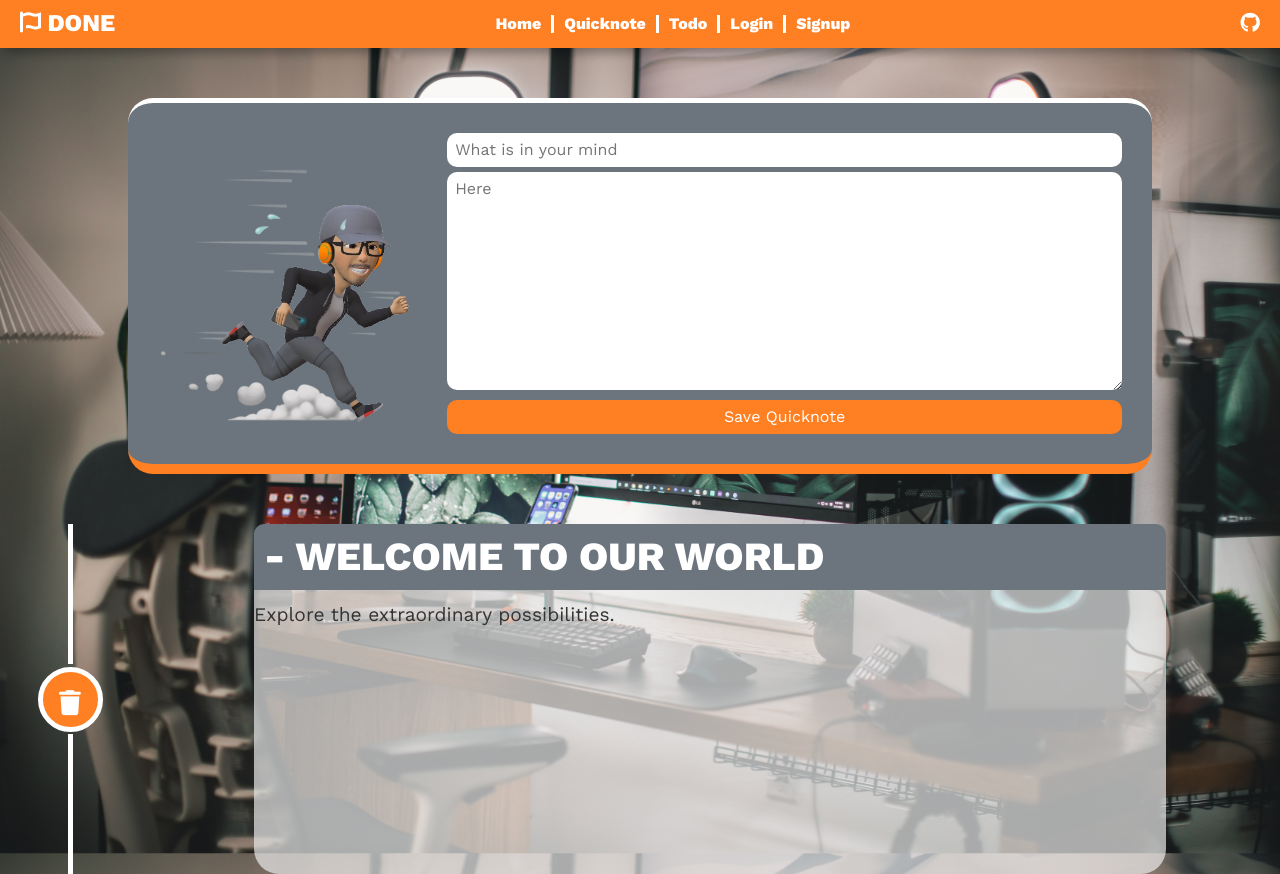
Repository: OmarEssameldinMousa/DONE
Page: quicknote.html
These files come from the project's save history. The page is drawn as it stood at one moment and after the next save; the edit follows.
The browser window is 1280 px wide. The pictures show the whole page.
Backgrounds fixed to the window are drawn as part of the page. Some web fonts or font styles are not loaded; a fallback is used.

Above is the page before, as saved 2023-12-18 02:45:18.

After the next save:
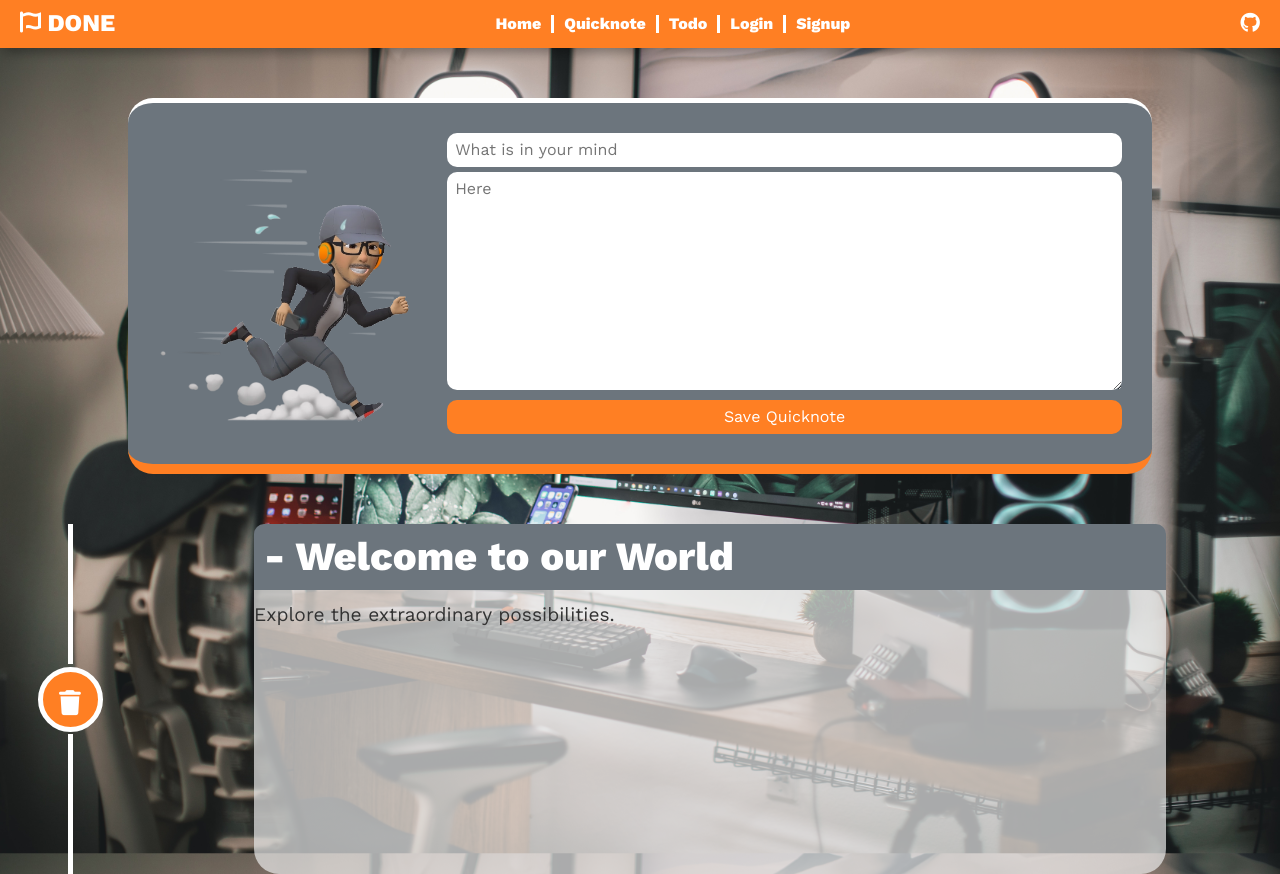
Saved 34 s later.
--- a/CSS/challenges.css
+++ b/CSS/challenges.css
@@ -221,7 +221,6 @@ img {
     border-top-left-radius: 10px;
     border-top-right-radius: 10px;
     text-align: left;
-    text-transform: uppercase;
     padding: 10px;
 }
 
